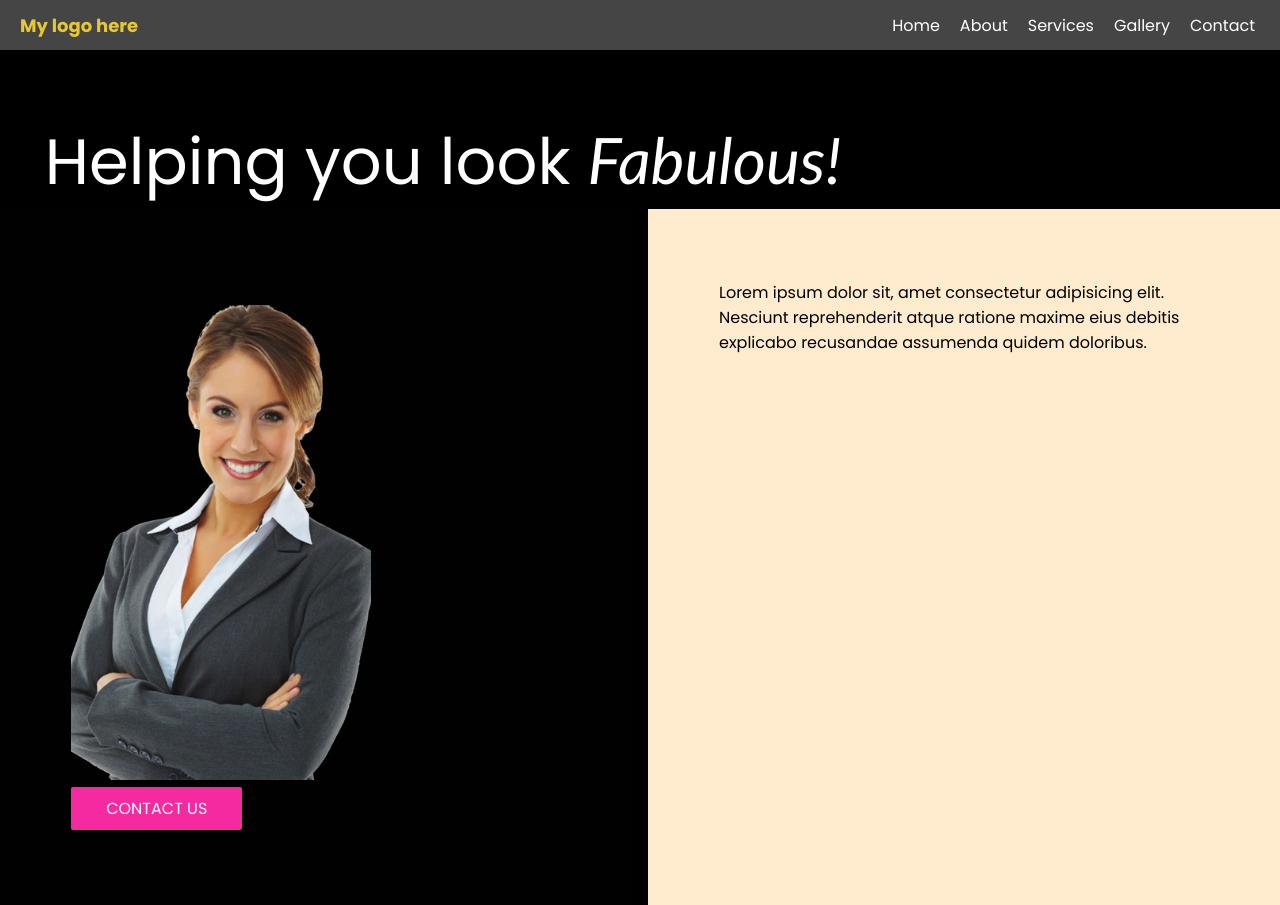
Repository: buzzedison/gardens
Page: index.html
These files come from the project's save history. The page is drawn as it stood at one moment and after the next save; the edit follows.
The browser window is 1280 px wide. The pictures show the whole page.

Above is the page before, as saved 2022-01-12 19:35:12.

After the next save:
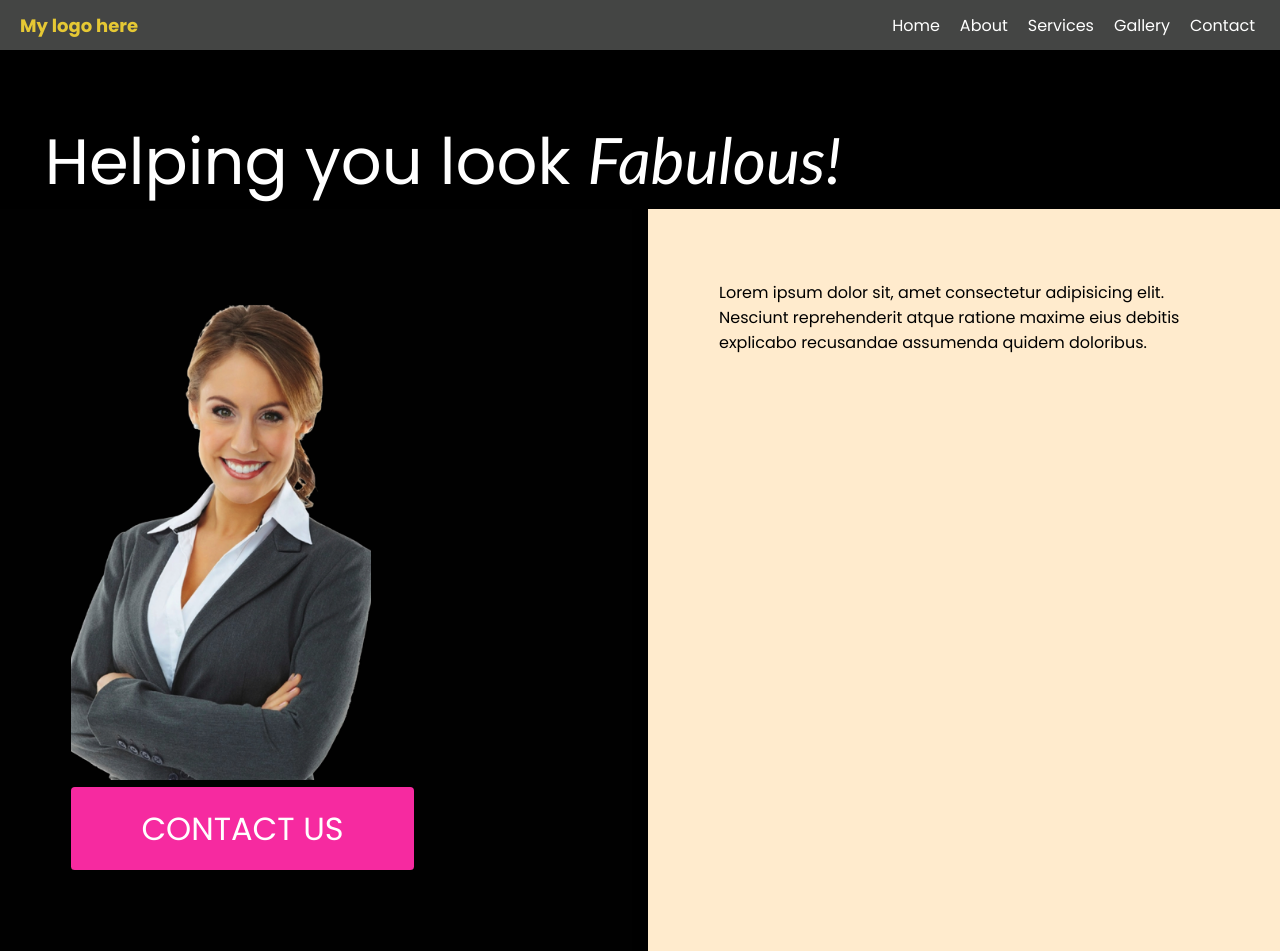
Saved 14 s later.
--- a/css/styles.css
+++ b/css/styles.css
@@ -176,7 +176,8 @@ a.button{
   text-decoration:none;
   background-color:#F62AA0;
 
-  font-weight:300;
+  font-weight:400;
+  font-size:2em;
   color:#FFFFFF;
   text-align:center;
   transition: all 0.2s;
